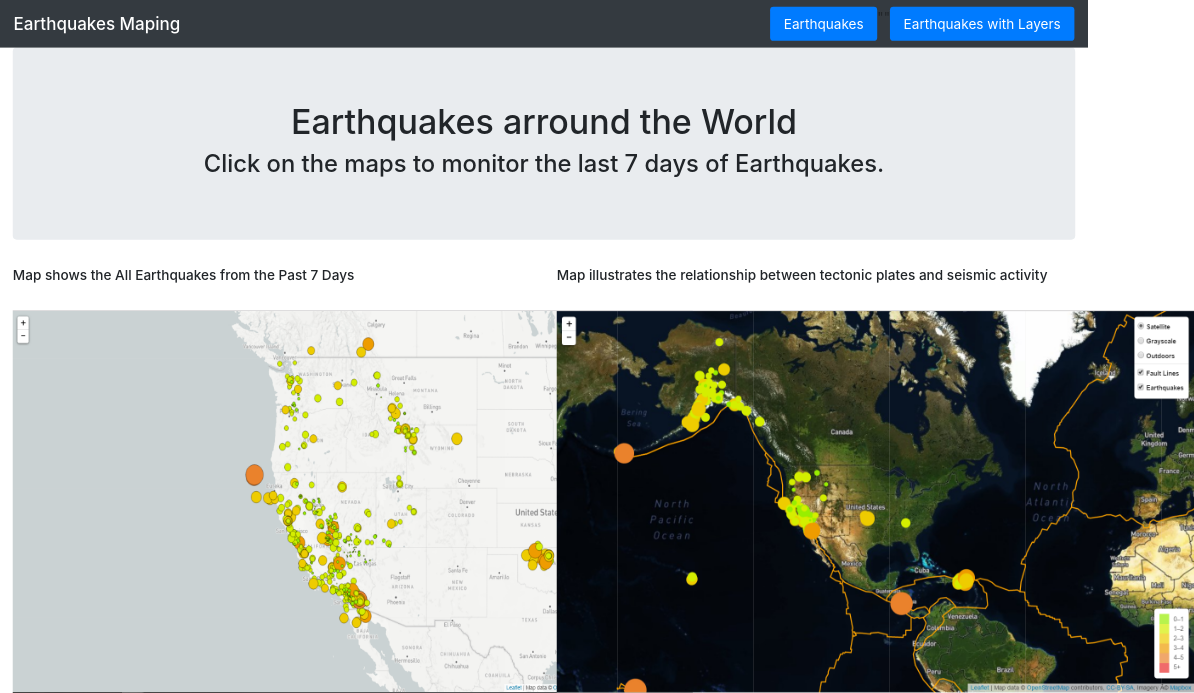
Repository: ermiasgelaye/leaflet-challenge
Page: index.html
These files come from the project's save history. The page is drawn as it stood at one moment and after a run of saves; the edit follows.
The browser window is 1280 px wide. The page is 1405 px wide, so the pictures cover 1405 px, including what lies to the right of the window. The pictures show the whole page, at 85% of full size.

Above is the page before, as saved 2020-09-18 22:39:21.

### index.html
<!DOCTYPE html>
<html lang="en">

<head>
    <meta charset="UTF-8" />
    <meta name="viewport" content="width=device-width, initial-scale=1.0" />
    <meta http-equiv="X-UA-Compatible" content="ie=edge" />
    <title>Earthquakes Challenge</title>
    <link rel="stylesheet" href="https://stackpath.bootstrapcdn.com/bootstrap/4.3.1/css/bootstrap.min.css" integrity="sha384-ggOyR0iXCbMQv3Xipma34MD+dH/1fQ784/j6cY/iJTQUOhcWr7x9JvoRxT2MZw1T" crossorigin="anonymous" />

    <!-- jQuery library -->
    <script src="https://ajax.googleapis.com/ajax/libs/jquery/3.4.1/jquery.min.js"></script>
    <link rel="stylesheet" type="text/css" href="static/css/style.css" />
    <!-- Latest compiled JavaScript -->
    <script src="https://maxcdn.bootstrapcdn.com/bootstrap/4.3.1/js/bootstrap.min.js"></script>
</head>

<body>
    <nav class="navbar navbar-dark bg-dark size_hide">
        <a href="index.html"><span class="navbar-brand mb-0 h1 back_color"
          >Earthquakes Maping</span
        ></a
      >

      <ul class="nav nav-pills">
        <li class="nav-item">
          <a class="nav-link active" href="Leaflet-Step-1/step-1.html"
            >Earthquakes</a>
        </li>
        <a>""</a>
        <li class="nav-item">
          <a class="nav-link active" href="Leaflet-Step-2/step-2.html"
            >Earthquakes with Layers</a
          >
        </li>
      </ul>
    </nav>
    <div  class="container-fluid">
      <div class="jumbotron text-center">

        <h1>Earthquakes arround the World</h1>
        <h3>
          Click on the maps to monitor the last 7 days of Earthquakes.
        </h3>
      </div>
      <div class="row">
        <div class="col-lg-6">
          <h6>Map shows the All Earthquakes from the Past 7 Days</h6>
          <br />
          <a href="Leaflet-Step-1/step-1.html"
            ><img
              src="images/2-BasicMap.png"
              alt="Mapping without Layers"
              width="800"
              height="450"
          /></a>
        </div>
        <div class="col-lg-6">
            <h6>
                Map illustrates the relationship between tectonic plates and seismic activity
            </h6>
            <br />
            <a href="Leaflet-Step-2/step-2.html">
                <img src="images/5-Advanced.png" alt="Mapping with Layers" width="750" height="450" /></a>
        </div>
        </div>
        </div>
</body>

</html>

Loaded but not shown: static/css/style.css (common file)

After the next 2 saves:
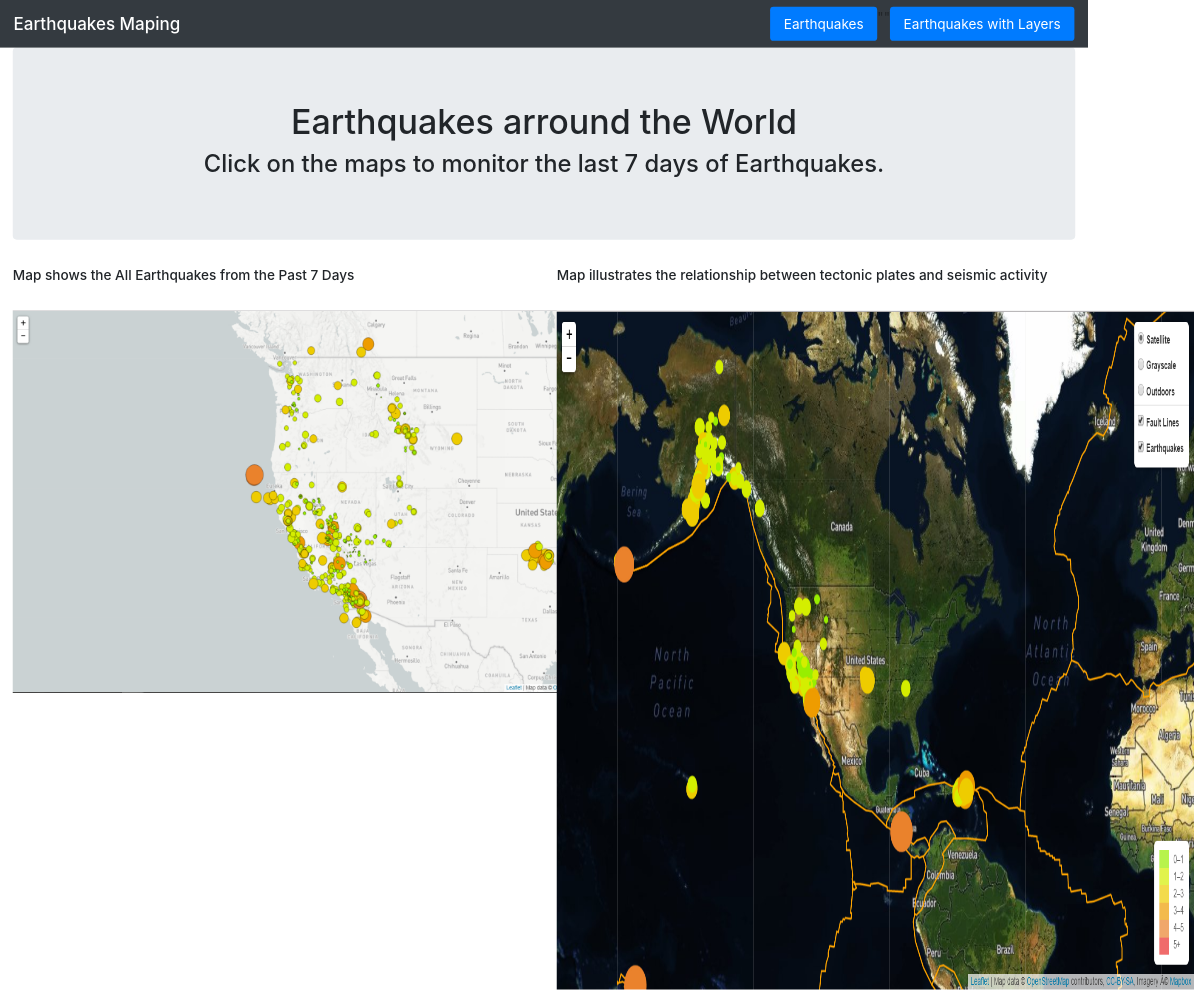
The 2 saves are shown as one change because they came seconds apart.
The last was saved 12 s later.
--- a/index.html
+++ b/index.html
@@ -61,7 +61,7 @@
             </h6>
             <br />
             <a href="Leaflet-Step-2/step-2.html">
-                <img src="images/5-Advanced.png" alt="Mapping with Layers" width="750" height="450" /></a>
+                <img src="images/5-Advanced.png" alt="Mapping with Layers" width="750" height="800" /></a>
         </div>
         </div>
         </div>
